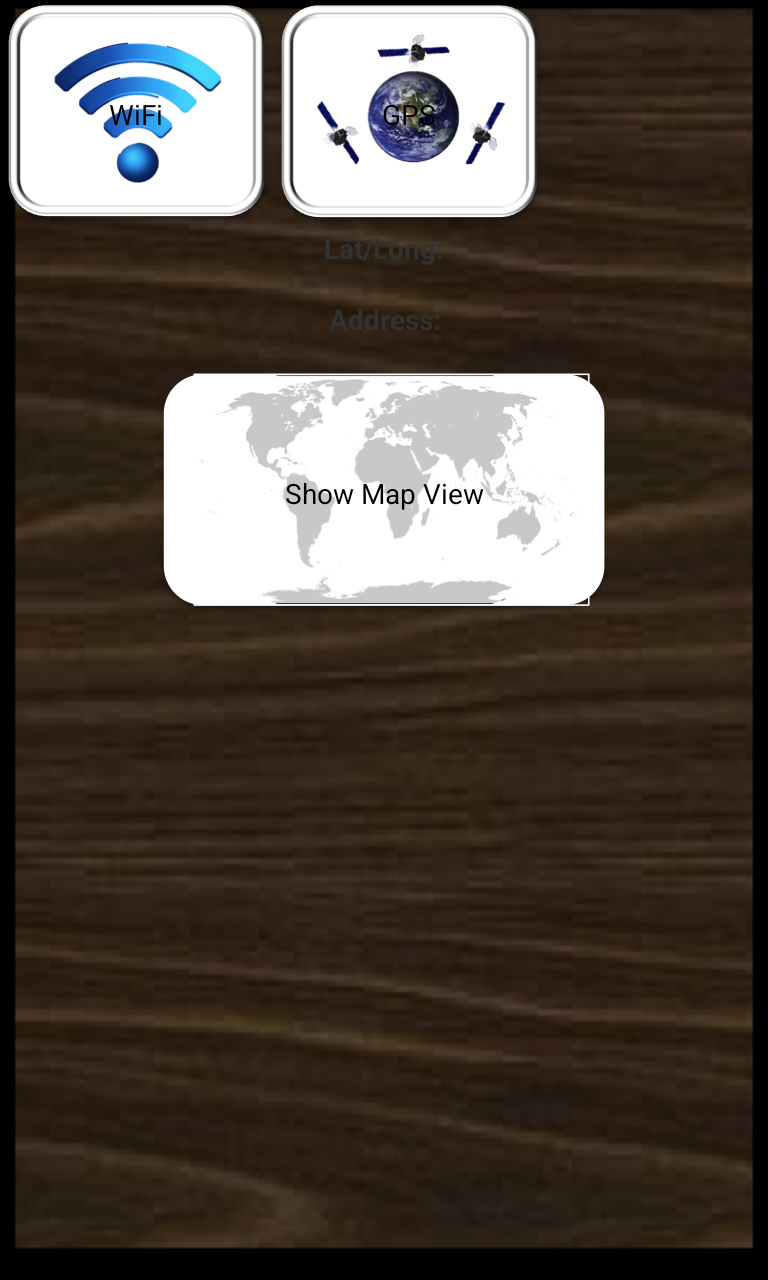
Repository: Arvind83/Pilot_project
Layout: LocationAware/res/layout/main.xml
These files come from the project's save history. The layout is drawn as it stood at one moment and after the next save; the edit follows.
It is drawn on a 768 x 1280 px phone screen (xhdpi) without system bars, with theme android:Theme.Holo; the app's code is not run.

Above is the layout before, as saved 2013-03-17 20:43:33.

### LocationAware/res/layout/main.xml
<?xml version="1.0" encoding="utf-8"?>
<!--
  Copyright (C) 2012 The Android Open Source Project

  Licensed under the Apache License, Version 2.0 (the "License");
  you may not use this file except in compliance with the License.
  You may obtain a copy of the License at

       http://www.apache.org/licenses/LICENSE-2.0

  Unless required by applicable law or agreed to in writing, software
  distributed under the License is distributed on an "AS IS" BASIS,
  WITHOUT WARRANTIES OR CONDITIONS OF ANY KIND, either express or implied.
  See the License for the specific language governing permissions and
  limitations under the License.
-->
<LinearLayout xmlns:android="http://schemas.android.com/apk/res/android"
    android:layout_width="match_parent"
    android:layout_height="match_parent"
    android:theme="@android:style/Theme.Light"
    android:background= "@drawable/background"
    android:orientation="vertical">

    <LinearLayout android:layout_width="match_parent"
        android:layout_height="wrap_content"
        android:orientation="horizontal" >
        <Button android:id="@+id/provider_fine"
            android:layout_width="wrap_content"
            android:layout_height="wrap_content"
            android:text="@string/use_fine_provider"
            android:background="@drawable/button1_inactive"
            android:minWidth="120sp"
            android:onClick="useFineProvider" />

        <Button android:id="@+id/provider_both"
            android:layout_width="wrap_content"
            android:layout_height="wrap_content"
            android:text="@string/use_both_providers"
            android:background="@drawable/button2_inactive"
            android:minWidth="120sp"
            android:onClick="useCoarseFineProviders" />
    </LinearLayout>
    <LinearLayout android:layout_width="match_parent"
        android:layout_height="wrap_content"
        android:orientation="vertical" >
    <TextView android:id="@+id/label_latlng"
        android:layout_width="match_parent"
        android:layout_height="wrap_content"
        android:gravity="center"
        android:textStyle="bold"
        android:textSize="14sp"
        android:text="@string/latlng" />
    <TextView android:id="@+id/latlng"
        android:layout_width="match_parent"
        android:layout_height="wrap_content"
        android:gravity="center"
        android:textStyle="bold"
        android:textSize="12sp" />
    <TextView android:id="@+id/label_address"
        android:layout_width="match_parent"
        android:layout_height="wrap_content"
        android:gravity="center"
        android:textStyle="bold"
        android:textSize="14sp"
        android:text="@string/address" />
    <TextView android:id="@+id/address"
        android:layout_width="match_parent"
        android:layout_height="wrap_content"
        android:gravity="center"
        android:textStyle="bold"
        android:textSize="12sp" />
    <LinearLayout
    android:id="@+id/LinearLayout1"
    android:layout_width="fill_parent"
    android:layout_height="fill_parent"
    android:gravity="center"
    android:orientation="vertical" >
    <Button android:id="@+id/map_view"
            android:layout_width="wrap_content"
            android:layout_height="wrap_content"
            android:text="@string/show_map"
            android:background="@drawable/gotomap"
            android:minWidth="180sp"/>
            </LinearLayout>

    </LinearLayout>

</LinearLayout>

### LocationAware/res/values/strings.xml
<?xml version="1.0" encoding="utf-8"?>
<!--
  Copyright (C) 2012 The Android Open Source Project

  Licensed under the Apache License, Version 2.0 (the "License");
  you may not use this file except in compliance with the License.
  You may obtain a copy of the License at

       http://www.apache.org/licenses/LICENSE-2.0

  Unless required by applicable law or agreed to in writing, software
  distributed under the License is distributed on an "AS IS" BASIS,
  WITHOUT WARRANTIES OR CONDITIONS OF ANY KIND, either express or implied.
  See the License for the specific language governing permissions and
  limitations under the License.
-->
<resources>
    <string name="app_name">Location Update App</string>
    <string name="address">Address:</string>
    <string name="enable_gps">Enable GPS</string>
    <string name="enable_gps_dialog">GPS provider not enabled. Would you like to enable it?</string>
    <string name="latlng">Lat/Long:</string>
    <string name="unknown">--Unknown--</string>
    <string name="not_support_gps">GPS provider not supported</string>
    <string name="not_support_network">Network provider not supported</string>
    <string name="use_fine_provider">WiFi</string>
    <string name="use_both_providers">GPS</string>
    <string name="show_map">Show Map View</string>
    <string name="back">Back to Welcome Screen</string>
</resources>

### LocationAware/res/drawable/button1_inactive.xml
<?xml version="1.0" encoding="utf-8"?>
<!--
  Copyright (C) 2012 The Android Open Source Project

  Licensed under the Apache License, Version 2.0 (the "License");
  you may not use this file except in compliance with the License.
  You may obtain a copy of the License at

       http://www.apache.org/licenses/LICENSE-2.0

  Unless required by applicable law or agreed to in writing, software
  distributed under the License is distributed on an "AS IS" BASIS,
  WITHOUT WARRANTIES OR CONDITIONS OF ANY KIND, either express or implied.
  See the License for the specific language governing permissions and
  limitations under the License.
-->
<selector xmlns:android="http://schemas.android.com/apk/res/android">
    <item android:state_pressed="true"
        android:drawable="@drawable/button1_pressed" />
    <item android:drawable="@drawable/button1_default" />
</selector>

### LocationAware/res/drawable/button2_inactive.xml
<?xml version="1.0" encoding="utf-8"?>
<!--
  Copyright (C) 2012 The Android Open Source Project

  Licensed under the Apache License, Version 2.0 (the "License");
  you may not use this file except in compliance with the License.
  You may obtain a copy of the License at

       http://www.apache.org/licenses/LICENSE-2.0

  Unless required by applicable law or agreed to in writing, software
  distributed under the License is distributed on an "AS IS" BASIS,
  WITHOUT WARRANTIES OR CONDITIONS OF ANY KIND, either express or implied.
  See the License for the specific language governing permissions and
  limitations under the License.
-->
<selector xmlns:android="http://schemas.android.com/apk/res/android">
    <item android:state_pressed="true"
        android:drawable="@drawable/button2_pressed" />
    <item android:drawable="@drawable/button2_default" />
</selector>

After the next save:
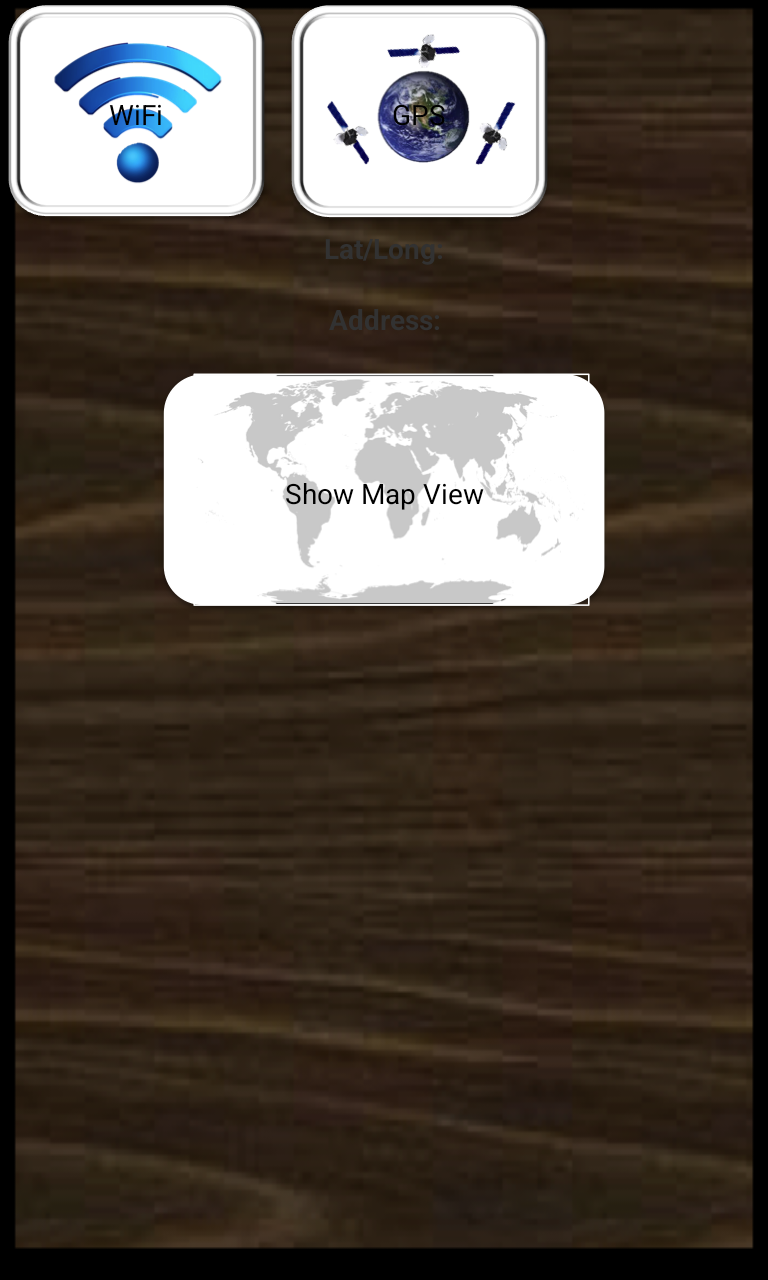
Saved 8 min 53 s later.
--- a/LocationAware/res/layout/main.xml
+++ b/LocationAware/res/layout/main.xml
@@ -30,6 +30,8 @@
             android:text="@string/use_fine_provider"
             android:background="@drawable/button1_inactive"
             android:minWidth="120sp"
+            android:layout_alignParentLeft="true"
+            android:layout_marginRight="10px"
             android:onClick="useFineProvider" />
 
         <Button android:id="@+id/provider_both"
@@ -38,6 +40,8 @@
             android:text="@string/use_both_providers"
             android:background="@drawable/button2_inactive"
             android:minWidth="120sp"
+            android:layout_alignParentRight="true"
+            android:layout_marginRight="10px"
             android:onClick="useCoarseFineProviders" />
     </LinearLayout>
     <LinearLayout android:layout_width="match_parent"
